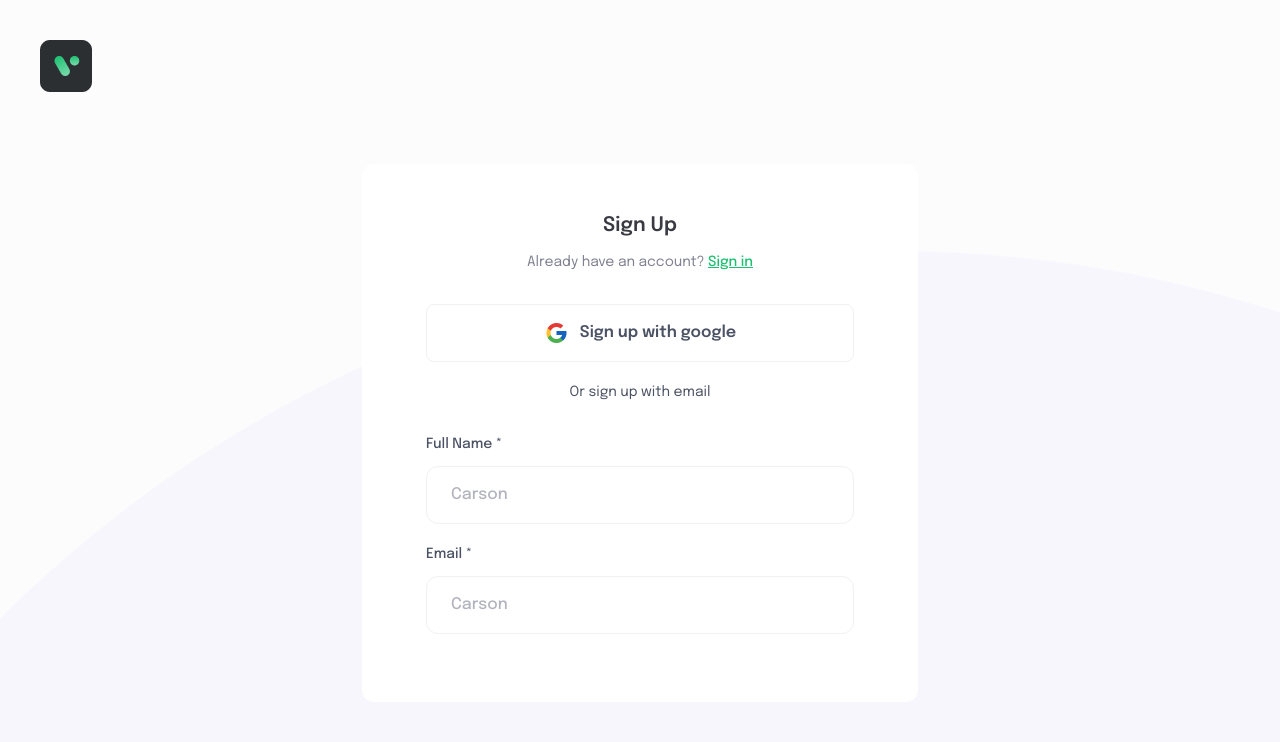
Repository: CarsonDev1/Crowfunding
Page: /sign-up
These files come from the project's save history. The page is drawn as it stood at one moment and after the next save; the edit follows.
The browser window is 1280 px wide. The pictures show the whole page.
The project was rebuilt for these pictures with package versions that can differ from the ones it lists, and the page was loaded fresh each time. Also part of the build but not shown: src/components/common/ErrorComponent.jsx, src/pages/SignIn.jsx.

Above is the page before, as saved 2023-04-07 11:17:41.

### public/index.html
<!DOCTYPE html>
<html lang="en">

<head>
  <meta charset="utf-8" />
  <link rel="icon" href="%PUBLIC_URL%/favicon.ico" />
  <meta name="viewport" content="width=device-width, initial-scale=1" />
  <meta name="theme-color" content="#000000" />
  <meta name="description" content="Web site created using create-react-app" />
  <link rel="apple-touch-icon" href="%PUBLIC_URL%/logo192.png" />
  <link rel="preconnect" href="https://fonts.googleapis.com">
  <link rel="preconnect" href="https://fonts.gstatic.com" crossorigin>
  <link
    href="https://fonts.googleapis.com/css2?family=Epilogue:ital,wght@0,300;0,400;0,500;0,600;0,700;0,800;0,900;1,300;1,400;1,500;1,600;1,700;1,800&family=Poppins:ital,wght@0,400;0,500;0,600;0,700;0,800;1,400;1,500;1,600;1,700&display=swap"
    rel="stylesheet">
  <!--
      manifest.json provides metadata used when your web app is installed on a
      user's mobile device or desktop. See https://developers.google.com/web/fundamentals/web-app-manifest/
    -->
  <link rel="manifest" href="%PUBLIC_URL%/manifest.json" />
  <!--
      Notice the use of %PUBLIC_URL% in the tags above.
      It will be replaced with the URL of the `public` folder during the build.
      Only files inside the `public` folder can be referenced from the HTML.

      Unlike "/favicon.ico" or "favicon.ico", "%PUBLIC_URL%/favicon.ico" will
      work correctly both with client-side routing and a non-root public URL.
      Learn how to configure a non-root public URL by running `npm run build`.
    -->
  <title>React App</title>
</head>

<body>
  <noscript>You need to enable JavaScript to run this app.</noscript>
  <div id="root"></div>
  <!--
      This HTML file is a template.
      If you open it directly in the browser, you will see an empty page.

      You can add webfonts, meta tags, or analytics to this file.
      The build step will place the bundled scripts into the <body> tag.

      To begin the development, run `npm start` or `yarn start`.
      To create a production bundle, use `npm run build` or `yarn build`.
    -->
</body>

</html>

### src/index.js
import React from "react";
import ReactDOM from "react-dom/client";
import "./index.scss";
import App from "./App";
import { BrowserRouter } from "react-router-dom";

const root = ReactDOM.createRoot(document.getElementById("root"));
root.render(
	<React.StrictMode>
		<BrowserRouter>
			<App />
		</BrowserRouter>
	</React.StrictMode>
);

### src/index.scss
@tailwind base;
@tailwind components;
@tailwind utilities;

@layer base {
	body {
		@apply font-primary text-base;
		line-height: 1.5;
	}
	input {
		@apply outline-none;
	}
}

### src/App.js
import { lazy } from "react";
import { Route, Routes } from "react-router-dom";
import SignIn from "./pages/SignIn";

const SignUp = lazy(() => import("./pages/SignUp"));

function App() {
	return (
		<Routes>
			<Route path="/sign-up" element={<SignUp />}></Route>
			<Route path="/sign-in" element={<SignIn />}></Route>
		</Routes>
	);
}

export default App;

### src/pages/SignUp.jsx
import React from "react";
import { useForm } from "react-hook-form";
import { Link } from "react-router-dom";
import { Input } from "components/input";
import { Label } from "components/label";
import LayoutAuthentication from "layouts/LayoutAuthentication";
import FormGroup from "components/common/FormGroup";

function SignUp() {
	const {
		handleSubmit,
		control,
		formState: { isValid, isSubmitting },
	} = useForm({});
	const handleSignUp = (values) => {};
	return (
		<LayoutAuthentication heading="Sign Up">
			<p className="mb-6 text-xs font-normal text-center lg:text-sm text-text3 lg:mb-8">
				Already have an account?{" "}
				<Link to="/sign-in" className="font-medium underline text-primary">
					Sign in
				</Link>
			</p>
			<button className="flex items-center justify-center w-full py-4 mb-5 text-base font-semibold border rounded-lg gap-x-3 border-strock text-text2">
				<img srcSet="/icon/Google.png 2x" alt="icon-google" />
				<span>Sign up with google</span>
			</button>
			<p className="mb-4 text-xs font-normal text-center lg:text-sm lg:mb-8 text-text2">Or sign up with email</p>
			<form onSubmit={handleSubmit(handleSignUp)}>
				<FormGroup>
					<Label>Full Name *</Label>
					<Input placeholder="Carson" control={control} name="name" />
				</FormGroup>
				<FormGroup>
					<Label>Email *</Label>
					<Input placeholder="Carson" control={control} name="email" />
				</FormGroup>
			</form>
		</LayoutAuthentication>
	);
}

export default SignUp;

### src/layouts/LayoutAuthentication.jsx
import React from "react";
import { Link } from "react-router-dom";
import PropTypes from "prop-types";
import { withErrorBoundary } from "react-error-boundary";
import ErrorComponent from "../components/common/ErrorComponent";

function LayoutAuthentication(props) {
	const { children, heading = "" } = props;
	return (
		<div className="relative w-full min-h-screen p-10 bg-lite isolate">
			<img
				src="/ellipse.png"
				alt="back-ground"
				className="absolute pointer-events-none bottom-0 left-0 right-0 z-[-1]"
			/>
			<Link to="/" className="inline-block mb-5 lg:mb-16">
				<img src="/Logo.png" alt="Logo" />
			</Link>
			<div className="w-full max-w-[556px] bg-white rounded-xl px-5 py-8 lg:px-16 lg:py-12 mx-auto">
				<h1 className="mb-1 text-lg font-semibold text-center lg:text-xl lg:mb-3 text-text1">{heading}</h1>
				{children}
			</div>
		</div>
	);
}
LayoutAuthentication.propTypes = {
	heading: PropTypes.string,
	children: PropTypes.node,
};

export default withErrorBoundary(LayoutAuthentication, {
	FallbackComponent: ErrorComponent,
});

### src/components/common/FormGroup.jsx
import React from "react";

function FormGroup({ children }) {
	return <div className="flex flex-col mb-5 gap-y-3">{children}</div>;
}

export default FormGroup;

### src/components/input/Input.jsx
import React from "react";
import { useController } from "react-hook-form";
import PropTypes from "prop-types";

function Input(props) {
	const { control, name, type, ...rest } = props;
	const { field } = useController({
		control,
		name,
		defaultValue: "",
	});
	return (
		<div className="relative">
			<input
				type={type}
				className="w-full px-6 py-4 font-medium border rounded-xl border-strock text-text1 placeholder:text-text4"
				{...rest}
				{...field}
			/>
		</div>
	);
}
Input.propTypes = {
	name: PropTypes.string,
	type: PropTypes.string,
	control: PropTypes.any.isRequired,
};
export default Input;

### src/components/label/Label.jsx
import React from "react";
import PropTypes from "prop-types";

function Label(props) {
	const { children, htmlFor = "", className = "" } = props;
	return (
		<label htmlFor={htmlFor} className={`inline-block text-sm font-medium cursor-pointer text-text2 ${className}`}>
			{children}
		</label>
	);
}
Label.propTypes = {
	children: PropTypes.node,
	htmlFor: PropTypes.string,
	className: PropTypes.string,
};
export default Label;

### tailwind.config.js
/** @type {import('tailwindcss').Config} */
module.exports = {
	darkMode: "class",
	content: ["./src/**/*.{js,jsx,ts,tsx}"],
	theme: {
		extend: {
			fontFamily: {
				primary: ["Epilogue", "san-serif"],
			},
			colors: {
				primary: "#1DC071",
				secondary: "#6F49FD",
				text1: "#3A3A43",
				text2: "#4B5264",
				text3: "#808191",
				text4: "#B2B3BD",
				"icon-color": "#A2A2A8",
				white: "#FFFFFF",
				whiteSoft: "#FCFBFF",
				graySoft: "#FCFCFC",
				strock: "#F1F1F3",
				lite: "#FCFCFD",
				error: "#EB5757",
				darkbg: "#13131A",
				darkSecondary: "#1C1C24",
				softDark: "#22222C",
				darkSoft: "#24242C",
				darkStroke: "#3A3A43",
				darkRed: "#422C32",
			},
		},
	},
	plugins: [],
};

Loaded but not shown: src/components/input/index.js (common file); src/components/label/index.js (common file)

After the next save:
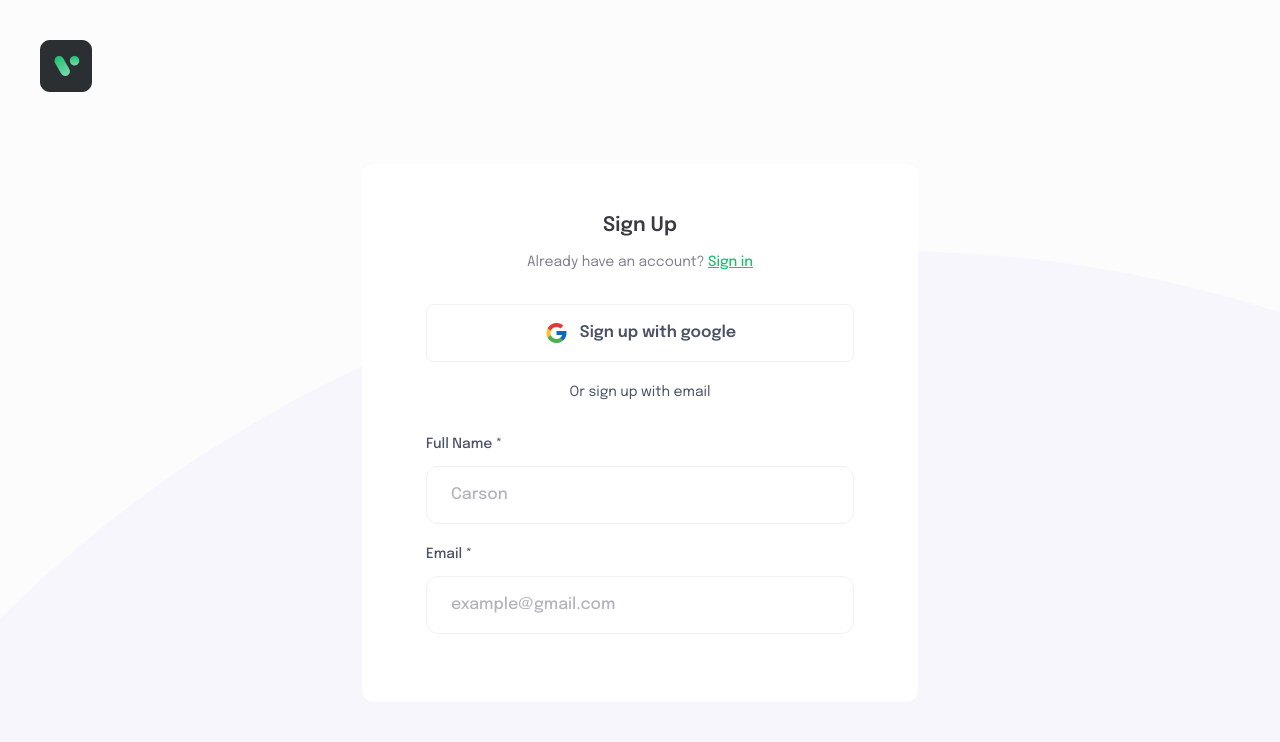
Saved 51 s later.
--- a/src/pages/SignUp.jsx
+++ b/src/pages/SignUp.jsx
@@ -33,7 +33,7 @@ function SignUp() {
 				</FormGroup>
 				<FormGroup>
 					<Label>Email *</Label>
-					<Input placeholder="Carson" control={control} name="email" />
+					<Input placeholder="example@gmail.com" type="email" control={control} name="email" />
 				</FormGroup>
 			</form>
 		</LayoutAuthentication>
